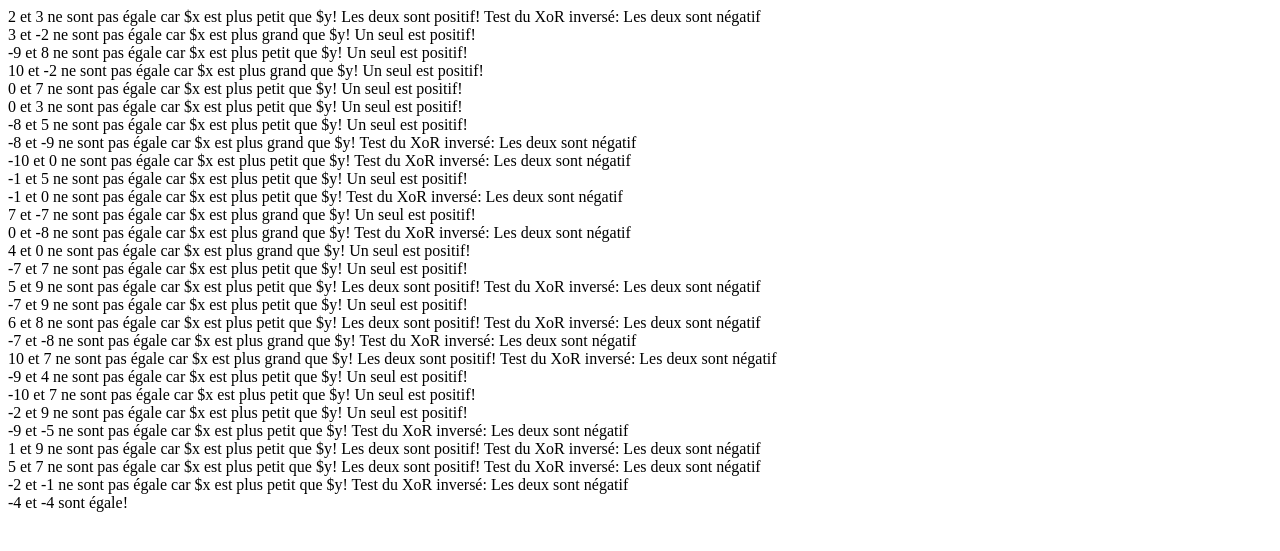
Repository: QuentinFayt/base-php-2021
Page: http://localhost/09-conditions.php
The author's editor kept a copy of each file at every save. The page is drawn from the files as they stood at one save, then again after a run of saves.
The browser window is 1280 px wide. The pictures show the whole page.
The page is run by PHP 8.4 with error messages shown; the project is at /var/www/html/.

Above is the page before, as saved 2021-09-03 11:09:37.

### 09-conditions.php
<?php

do {
    $x = mt_rand(-10, 10);
    $y = mt_rand(-10, 10);
    if ($x === $y) {
        echo "$x et $y sont égale!</br>";
    } else {
        echo "$x et $y ne sont pas égale car";
        echo $x < $y ? ' $x est plus petit que $y! ' : ' $x est plus grand que $y! ';
        if (0 < $x && 0 < $y) {
            echo "Les deux sont positif!";
        } elseif (0 < $x || 0 < $y) {
            echo "Un seul est positif!";
        }
        if (!(0 < $x ^ 0 < $y)) {
            echo " Test du XoR inversé: Les deux sont négatif";
        }
        echo "</br>";
    }
} while ($x !== $y);

After the next 2 saves:
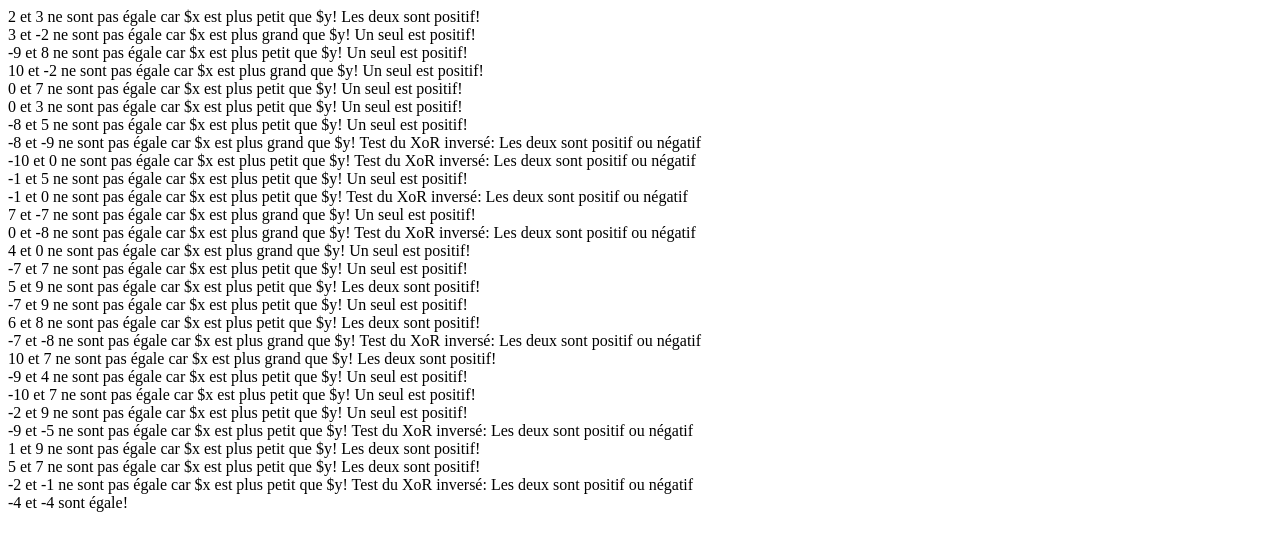
The 2 saves are shown as one change because they came seconds apart.
The last was saved 25 s later.
--- a/09-conditions.php
+++ b/09-conditions.php
@@ -12,9 +12,8 @@ do {
             echo "Les deux sont positif!";
         } elseif (0 < $x || 0 < $y) {
             echo "Un seul est positif!";
-        }
-        if (!(0 < $x ^ 0 < $y)) {
-            echo " Test du XoR inversé: Les deux sont négatif";
+        } else if (!(0 < $x ^ 0 < $y)) {
+            echo " Test du XoR inversé: Les deux sont positif ou négatif";
         }
         echo "</br>";
     }
